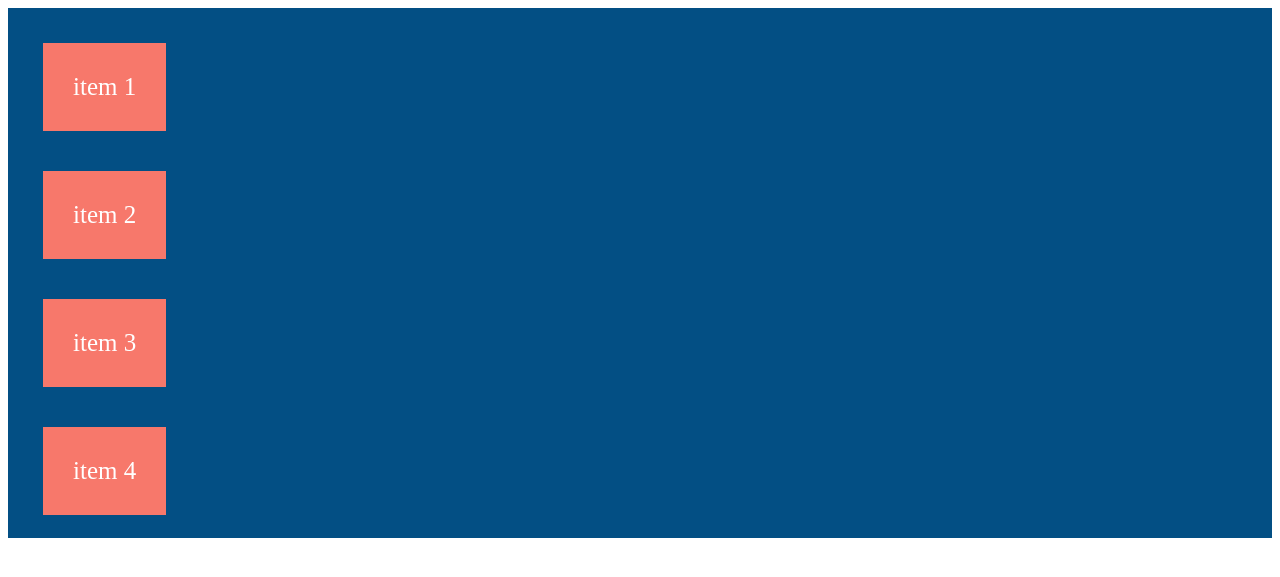
Repository: mehmetbuber38/flex
Page: flex-alignments.html
These files come from the project's save history. The page is drawn as it stood at one moment and after the next save; the edit follows.
The browser window is 1280 px wide. The pictures show the whole page.

Above is the page before, as saved 2022-01-30 19:27:50.

### flex-alignments.html
<!DOCTYPE html>
<html lang="en">

<head>
    <meta charset="UTF-8">
    <meta http-equiv="X-UA-Compatible" content="IE=edge">
    <meta name="viewport" content="width=device-width, initial-scale=1.0">
    <title>Flex Container</title>
</head>
<style>
    .container {
        display: flex;
        flex-direction: column;

        /* justify-content: center;   Yatayda sıralar ve ortaya hizalar. */
        /* justify-content: flex-start; Sayfanın en başına alır. */
        /* justify-content: flex-end; Sayfanın en sonuna gelir. */
        /* justify-content: space-around;  Aralarında 1 ve 2 x birim boşluk bırakır. */
        /* justify-content: space-between; Sağ yada soldan boşluk bırakılmaz elemanlar arası eşit boşluk bırakılır. */
        /* justify-content: space-evenly; Sağ yada soldan ortak birim olarak boşluk bırakılır. */
        /* ________________________________________________________________________________________________________________ */

        /* align-items: stretch; Varsayılan olarak gelir. */
        /* align-items: flex-start; İçerik kadar alan kaplar */
        /* align-items: flex-end; İçerik en altta başlar. */
        /* align-items: center; Dikeyde tam ortada durur. */

        align-items: flex-start;
        justify-content: space-between;


        height: 500px;
        background-color: #034f84;
        padding: 15px;
    }

    .item {
        background-color: #f7786b;
        padding: 30px;
        margin: 20px;
        color: #fff;
        font-size: 25px;
    }
</style>

<body>
    <div class="container">
        <div class="item">item 1</div>
        <div class="item">item 2</div>
        <div class="item">item 3</div>
        <div class="item">item 4</div>

    </div>

</body>

</html>

After the next save:
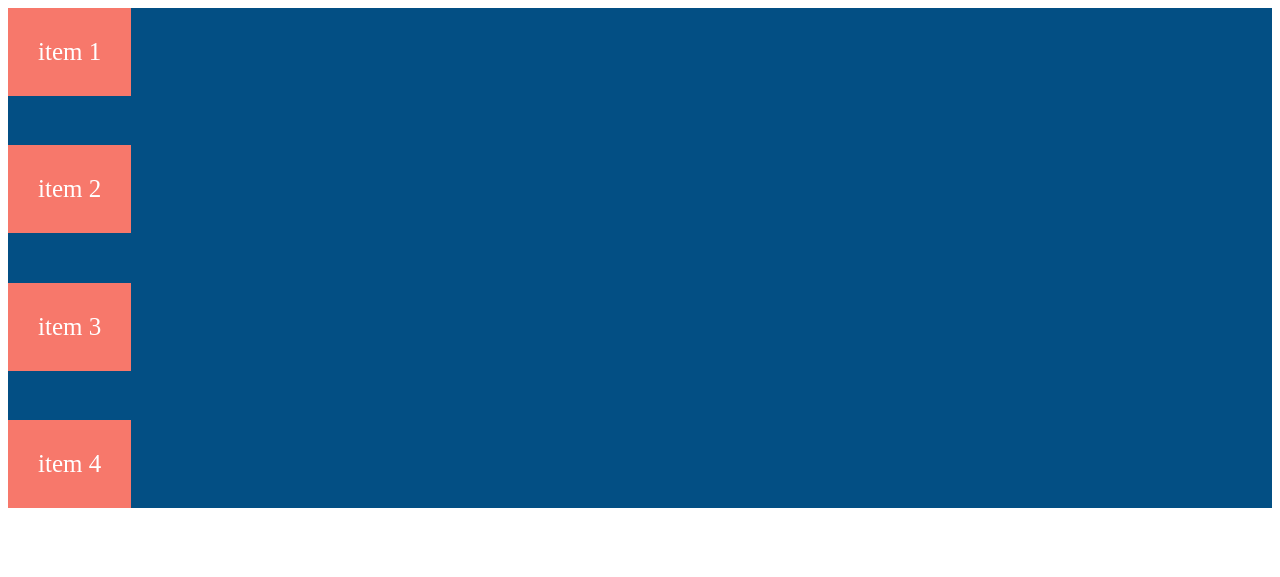
Saved 59 s later.
--- a/flex-alignments.html
+++ b/flex-alignments.html
@@ -31,13 +31,13 @@
 
         height: 500px;
         background-color: #034f84;
-        padding: 15px;
+        /* padding: 15px; */
     }
 
     .item {
         background-color: #f7786b;
         padding: 30px;
-        margin: 20px;
+        /* margin: 20px; */
         color: #fff;
         font-size: 25px;
     }
